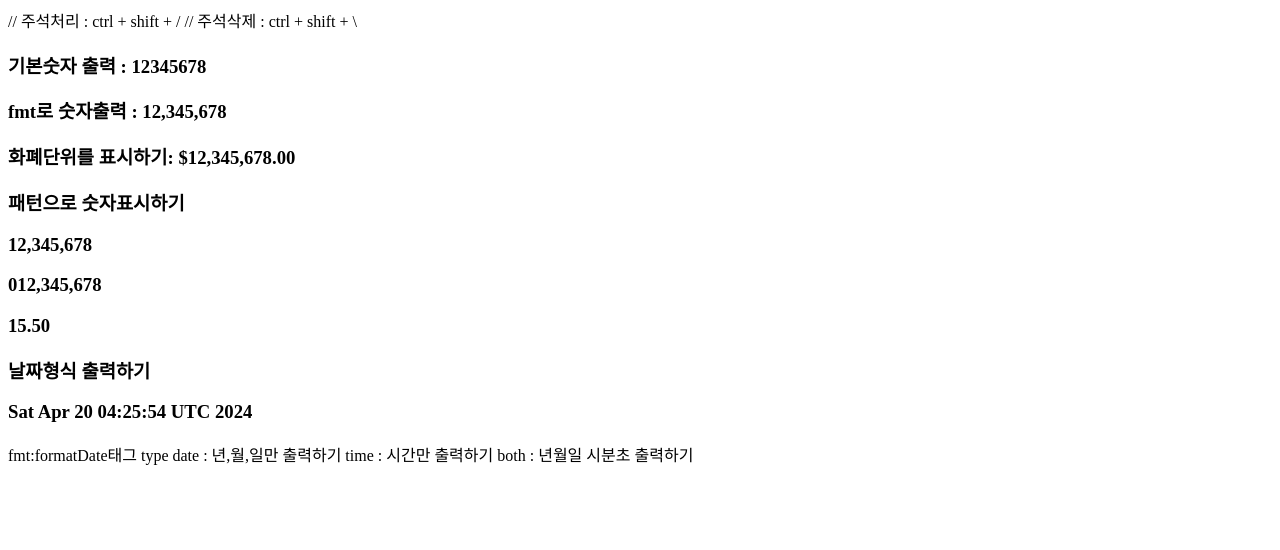
Repository: yongmin0309/mybatis1
Page: http://localhost/eL_JSTL/views/jstl/formattag.jsp
An editor plug-in stored every save of this project. The page is shown before and after a run of saves, followed by the edit.
The browser window is 1280 px wide. The pictures show the whole page.
The page is served by Tomcat 9. Other server files are loaded and not shown.

Above is the page before, as saved 2024-04-20 08:18:06.

### work/eL_JSTL/src/main/webapp/views/jstl/formattag.jsp
<%@ page language="java" contentType="text/html; charset=UTF-8"
    pageEncoding="UTF-8"%>
<%@ taglib prefix="c" uri="http://java.sun.com/jsp/jstl/core" %>
<%@ taglib prefix="fmt" uri="http://java.sun.com/jsp/jstl/fmt" %>
<!DOCTYPE html>
<html>
<head>
<meta charset="UTF-8">
<title>Insert title here</title>
</head>
<body>

	// 주석처리 : ctrl + shift + /
	// 주석삭제 : ctrl + shift + \
	<c:set var="numbertest" value="12345678"/>

	<h3>기본숫자 출력 : <c:out value="${numbertest }"/></h3>
	<h3>fmt로 숫자출력 : <fmt:formatNumber value="${numbertest }"/></h3>
	<%-- <fmt:setLocale value="ko_KR"/> --%>
	<h3>화폐단위를 표시하기: <fmt:formatNumber value="${numbertest }"
	type="currency"/></h3>

	<h3>패턴으로 숫자표시하기</h3>
	<h3><fmt:formatNumber value="${numbertest }" pattern="###,###,###"/></h3>
	<h3><fmt:formatNumber value="${numbertest }" pattern="000,000,000"/></h3>
	<%-- <fmt:setLocale value="en_US"/> --%>
	<h3><fmt:formatNumber value="15.5" pattern="###,###.00"/></h3>


	<h3>날짜형식 출력하기</h3>
	<c:set var="today" value="<%=new java.util.Date() %>"/>
	<h3><c:out value="${today }"/></h3>
	<p>
		fmt:formatDate태그
			type
				date : 년,월,일만 출력하기
				time : 시간만 출력하기
				both : 년월일 시분초 출력하기
	</p>







</body>
</html>

After the next 2 saves:
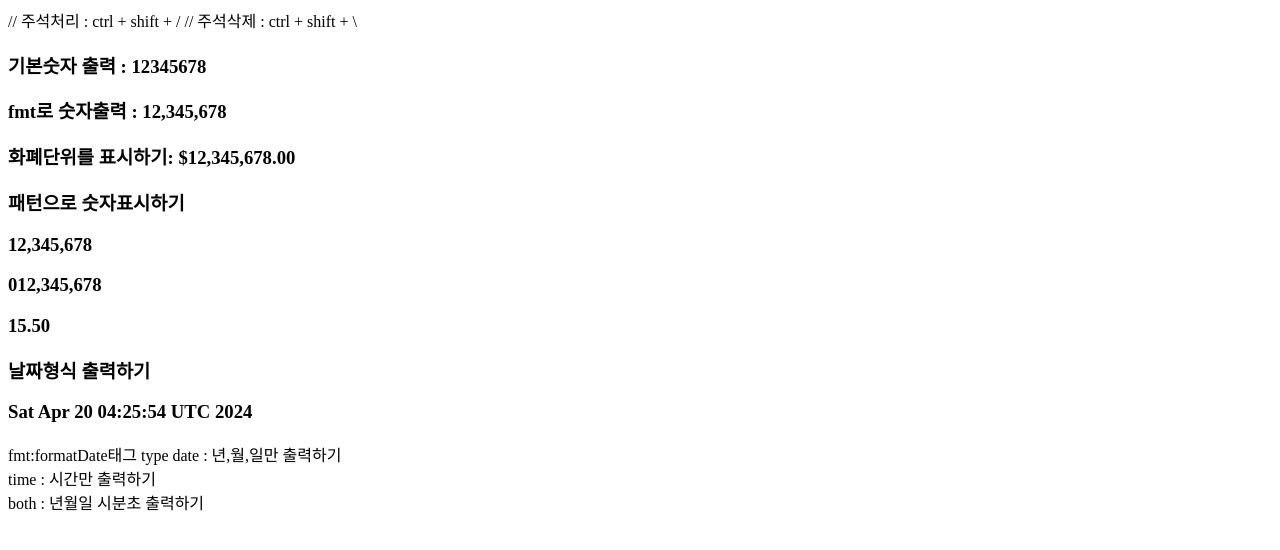
The 2 saves are shown as one change because they came seconds apart.
The last was saved 16 s later.
--- a/work/eL_JSTL/src/main/webapp/views/jstl/formattag.jsp
+++ b/work/eL_JSTL/src/main/webapp/views/jstl/formattag.jsp
@@ -33,9 +33,9 @@
 	<p>
 		fmt:formatDate태그
 			type
-				date : 년,월,일만 출력하기
-				time : 시간만 출력하기
-				both : 년월일 시분초 출력하기
+				date : 년,월,일만 출력하기 <br>
+				time : 시간만 출력하기 <br>
+				both : 년월일 시분초 출력하기 <br>
 	</p>
 
 
